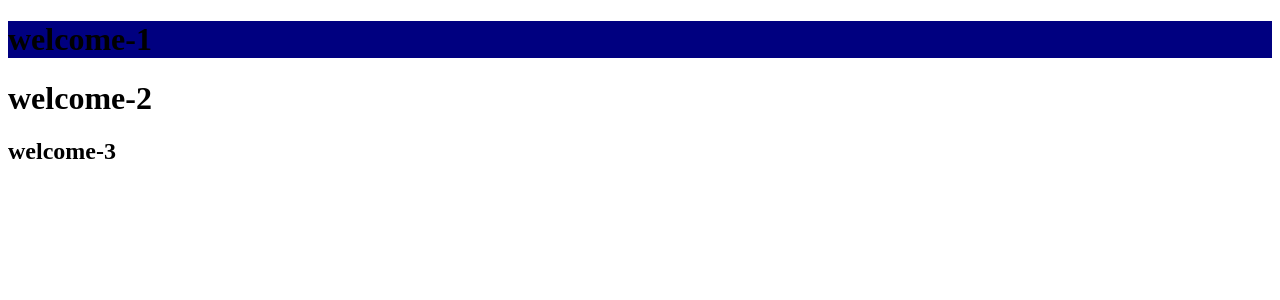
Repository: Karthi-Mano/AdvanceJavaPrograms
Page: BasicHtmlCss/WebContent/index.html
The author's editor kept a copy of each file at every save. The page is drawn from the files as they stood at one save, then again after the next save.
The browser window is 1280 px wide. The pictures show the whole page.

Above is the page before, as saved 2018-09-11 06:23:17.

### BasicHtmlCss/WebContent/index.html
<!DOCTYPE html>
<html>
<head>
<meta charset="ISO-8859-1">
<title>Insert title here</title>
<!-- <style type="text/css">
.hh
{
  background-color: gray;
}
h2
{
  font-family: cursive;
  font-size: x-small;
}
</style> -->
<link rel="stylesheet" href="mystyle.css" type="text/css">
</head>
<body>
<h1 class="demo1">welcome-1</h1>
<h1>welcome-2</h1>
<h2>welcome-3</h2>
</body>
</html>

### BasicHtmlCss/WebContent/mystyle.css


#demo
{
	background-color: green;
}
.demo1
{
	background-color: navy;
}

After the next save:
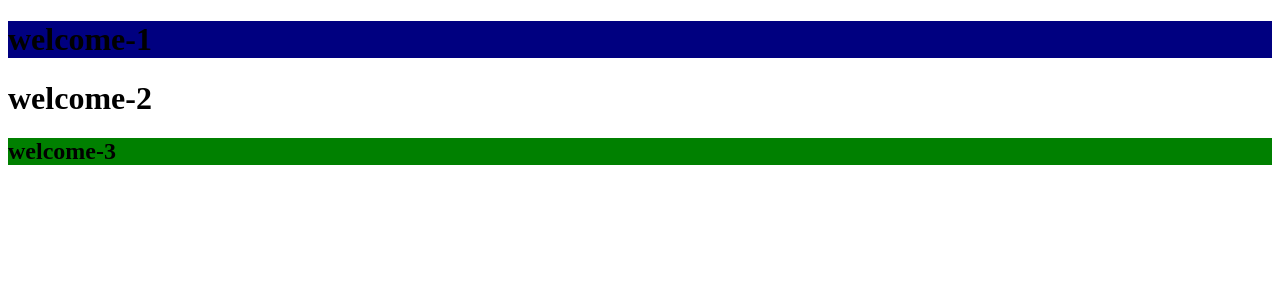
Saved 13 s later.
--- a/BasicHtmlCss/WebContent/index.html
+++ b/BasicHtmlCss/WebContent/index.html
@@ -19,6 +19,6 @@
 <body>
 <h1 class="demo1">welcome-1</h1>
 <h1>welcome-2</h1>
-<h2>welcome-3</h2>
+<h2 id="demo">welcome-3</h2>
 </body>
 </html>
